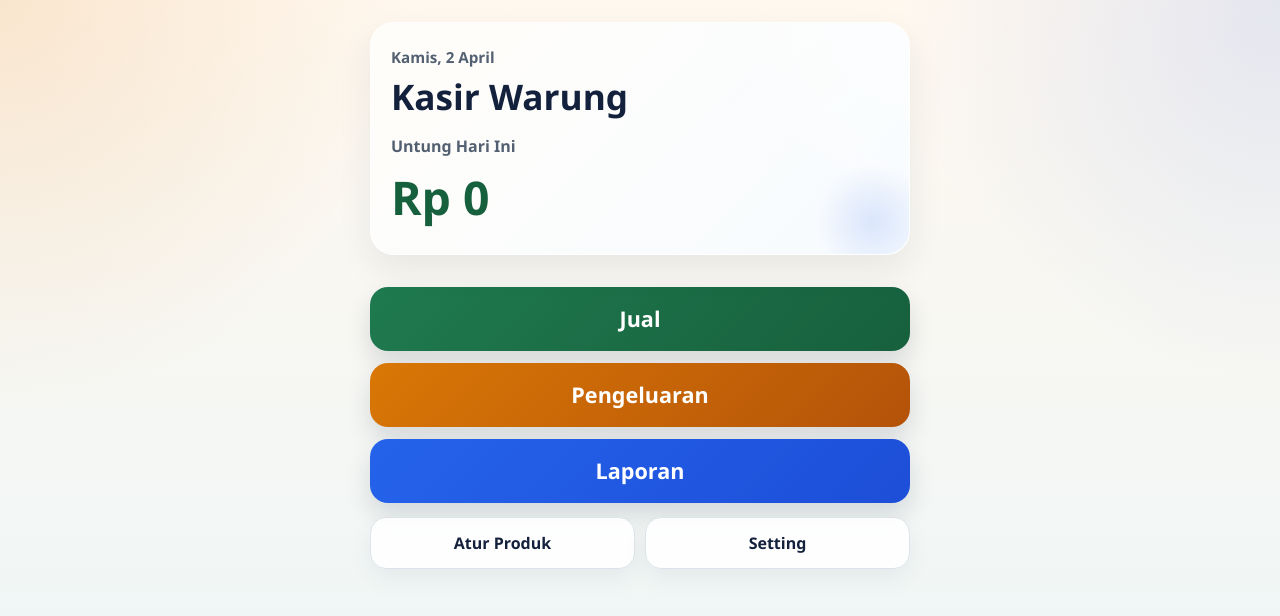
Repository: diritditdit07/warung-pintar
Page: /
An editor plug-in stored every save of this project. The page is shown before and after the next save, followed by the edit.
The browser window is 1280 px wide. The pictures show the whole page.
The project was rebuilt for these pictures with package versions that can differ from the ones it lists, and the page was loaded fresh each time. Also part of the build but not shown: vite.config.js, src/components/ScreenLayout.jsx, src/components/ExpensePage.jsx, src/components/ProductPage.jsx, src/components/ReportPage.jsx, src/components/SalesPage.jsx, src/components/SettingsPage.jsx.

Above is the page before, as saved 2026-04-02 11:09:14.

After the next save:
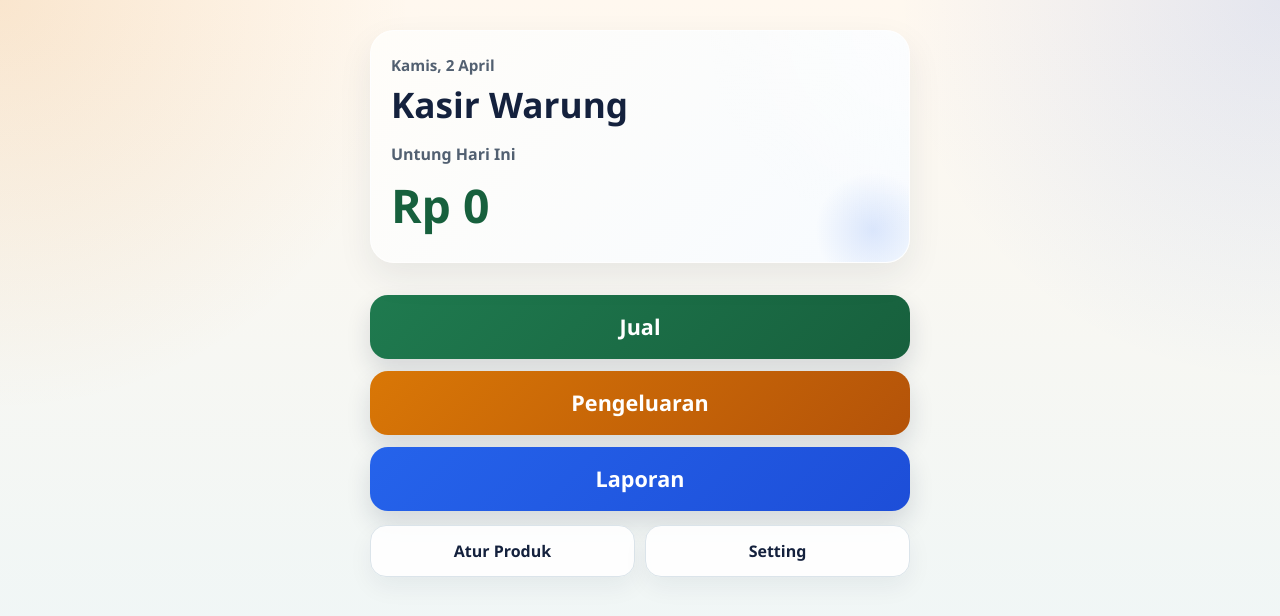
Saved 32 s later.
--- a/src/index.css
+++ b/src/index.css
@@ -544,27 +544,32 @@ input:focus-visible {
 }
 
 .product-card {
+  display: grid;
+  gap: 12px;
+}
+
+.product-card--editing {
   border-color: var(--accent-blue);
   box-shadow: 0 0 0 2px rgba(37, 99, 235, 0.12), var(--shadow-card);
 }
 
-.product-card--editing {
-  border-color: #2563eb;
-  background: #eef2f6;
-  color: var(--text-main);
-
-  border: 1px solid var(--border);
 .cancel-button {
   width: 100%;
-  background: #e5e7eb;
-  color: #111827;
-  background: linear-gradient(135deg, var(--accent-blue), var(--accent-blue-dark));
-}
-
-  box-shadow: 0 10px 20px rgba(37, 99, 235, 0.14);
+  background: #eef2f6;
+  color: var(--text-main);
+  font-size: 1rem;
+  border: 1px solid var(--border);
+}
+
 .product-edit-button {
   width: 100%;
-  background: #1d4ed8;
+  background: linear-gradient(135deg, var(--accent-blue), var(--accent-blue-dark));
+  color: #ffffff;
+  font-size: 0.95rem;
+  box-shadow: 0 10px 20px rgba(37, 99, 235, 0.14);
+}
+
+.report-card--profit {
   background: linear-gradient(135deg, #eefaf2, #dcf3e4);
   border-color: #b8ddc7;
 }
@@ -581,11 +586,6 @@ input:focus-visible {
 
 .report-card strong {
   letter-spacing: -0.02em;
-}
-
-.report-card--profit {
-  background: linear-gradient(135deg, #dcfce7, #a7f3d0);
-    padding-top: 30px;
 }
 
 .report-card span {
@@ -596,12 +596,12 @@ input:focus-visible {
 
 .report-card strong {
   font-size: 1.6rem;
-  color: #111827;
+  color: var(--text-main);
 }
 
 @media (min-width: 640px) {
   .app-shell {
-    padding-top: 28px;
+    padding-top: 30px;
   }
 
   .screen-card__header {
@@ -626,10 +626,3 @@ input:focus-visible {
     align-items: center;
   }
 }
-
-.cart-action-button--icon {
-  min-width: 40px;
-  padding: 0;
-  font-size: 1rem;
-  line-height: 1;
-}
